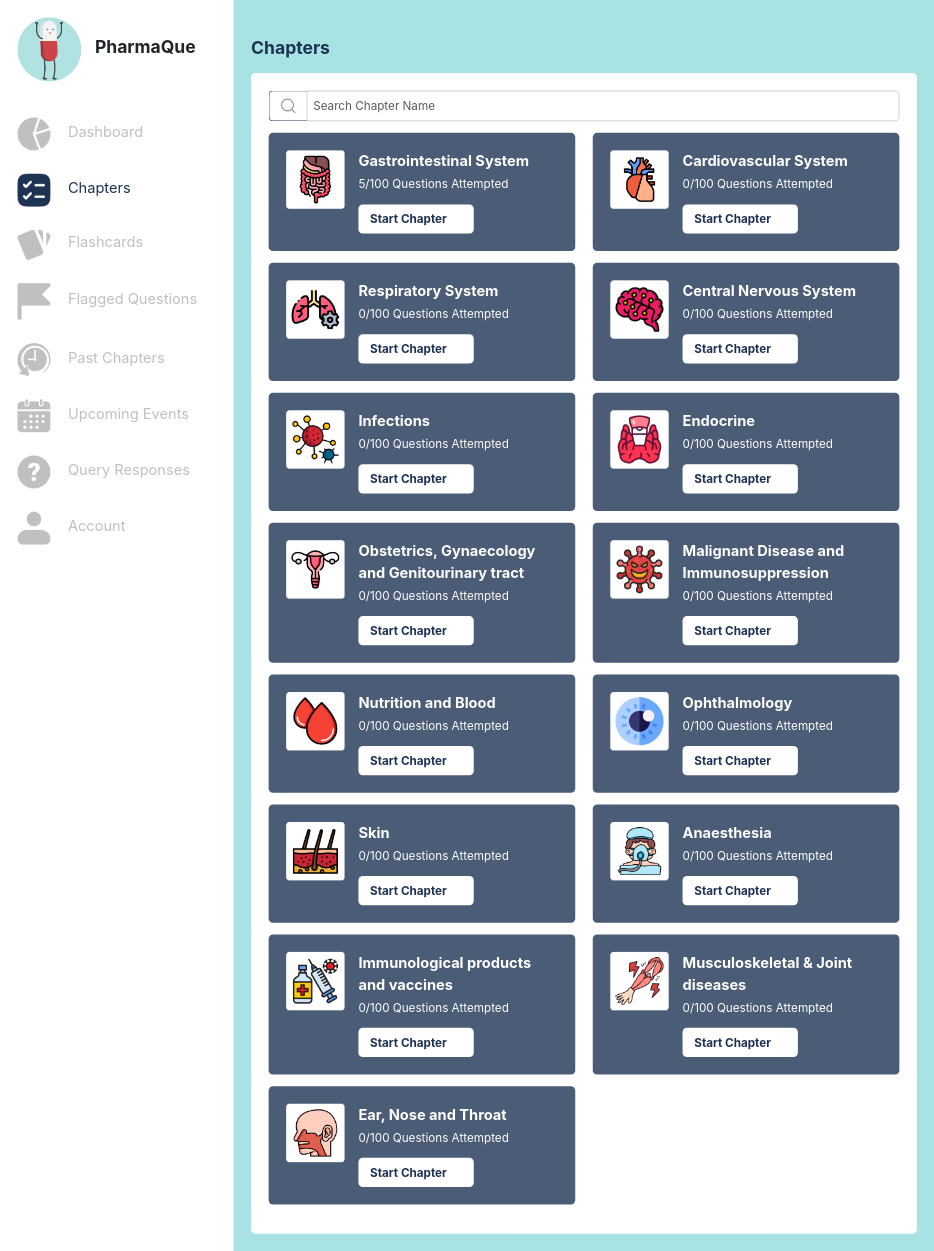
Repository: Kronium345/new_pharmaque_web_app
Page: /chapters
The author's editor kept a copy of each file at every save. The page is drawn from the files as they stood at one save, then again after the next save.
The browser window is 1280 px wide. The pictures show the whole page, at 73% of full size.
The page's requests for data from a server got no answer. The project was rebuilt for these pictures with package versions that can differ from the ones it lists, and the page was loaded fresh each time. No one was signed in, and anything a server would have sent is missing. Also part of the build but not shown: src/pages/Login.js, src/pages/MyAccount.js, src/pages/UpcomingEvents.js, src/pages/UpcomingEvents2.js, src/pages/Dashboard.js, src/pages/FlaggedQuestions.js, src/pages/FlashcardQuestion.js, src/pages/Flashcards.js and 34 more.

Above is the page before, as saved 2024-03-10 22:46:24.

### public/index.html
<!DOCTYPE html>
<html lang="en">
  <head>
    <meta charset="utf-8" />
    <link rel="icon" type="image/x-icon" href="images/favicon.ico">
    <link href="https://cdn.jsdelivr.net/npm/bootstrap@5.3.2/dist/css/bootstrap.min.css" rel="stylesheet" integrity="sha384-T3c6CoIi6uLrA9TneNEoa7RxnatzjcDSCmG1MXxSR1GAsXEV/Dwwykc2MPK8M2HN" crossorigin="anonymous">
    <link href="style.css" rel="stylesheet">
    <meta name="viewport" content="width=device-width, initial-scale=1" />
    <meta name="theme-color" content="#000000" />
    <meta
      name="description"
      content="Web site created using create-react-app"
    />
    <link rel="apple-touch-icon" href="%PUBLIC_URL%/logo192.png" />
    <!--
      manifest.json provides metadata used when your web app is installed on a
      user's mobile device or desktop. See https://developers.google.com/web/fundamentals/web-app-manifest/
    -->
    <link rel="manifest" href="%PUBLIC_URL%/manifest.json" />
    <!--
      Notice the use of %PUBLIC_URL% in the tags above.
      It will be replaced with the URL of the `public` folder during the build.
      Only files inside the `public` folder can be referenced from the HTML.

      Unlike "/favicon.ico" or "favicon.ico", "%PUBLIC_URL%/favicon.ico" will
      work correctly both with client-side routing and a non-root public URL.
      Learn how to configure a non-root public URL by running `npm run build`.
    -->
    <title>PharmaQue Web App</title>
  </head>
  <body>
    <noscript>You need to enable JavaScript to run this app.</noscript>
    <div id="root"></div>
    <!--
      This HTML file is a template.
      If you open it directly in the browser, you will see an empty page.

      You can add webfonts, meta tags, or analytics to this file.
      The build step will place the bundled scripts into the <body> tag.

      To begin the development, run `npm start` or `yarn start`.
      To create a production bundle, use `npm run build` or `yarn build`.
    -->

    <script src = "script.js"></script>
  </body>
</html>

### src/pages/Chapters.js
import axios from "axios";
import React, { useEffect } from "react";
import { useNavigate, Link } from "react-router-dom";

const Chapters = () => {
  const navigate = useNavigate("");

  axios.defaults.withCredentials = true;
  useEffect(() => {
    axios.get("http://localhost:7171/auth/verify").then((res) => {
      if (res.data.status) {
      } else {
        navigate("/myaccount");
      }
      console.log(res);
    });
  }, []);

  return (
    <main>
      <div class="container-fluid p-0">
        <div class="row g-0">
          <div class="col-sm-3 leftnavigation p-4">
            <Link class="navbar-brand" href="index.html">
              <img src="images/Logo.png" alt="PharmaQue Logo" class="logo1" />
              <span class="fs-4 fw-bold mx-3">PharmaQue</span>
            </Link>
            <Link to="/dashboard" class="removeunderline inactivelink">
              <p class="pt-5 pb-3 m-0">
                <img
                  src="images/DashboardGrey.png"
                  class="navigationicon"
                  alt="navigation"
                />
                <span class="fs-5 navigationoption mx-4">Dashboard</span>
              </p>
            </Link>
            <Link to="/chapters" class="removeunderline activelink">
              <p class="py-3 m-0">
                <img
                  src="images/ChaptersColour.png"
                  class="navigationicon"
                  alt="navigation"
                />
                <span class="fs-5 navigationoption mx-4">Chapters</span>
              </p>
            </Link>
            <Link to="/flashcards" class="removeunderline inactivelink">
              <p class="py-3 m-0">
                <img
                  src="images/FlashcardsGrey.png"
                  class="navigationicon"
                  alt="navigation"
                />
                <span class="fs-5 navigationoption mx-4">Flashcards</span>
              </p>
            </Link>
            <Link to="/flaggedquestions" class="removeunderline inactivelink">
              <p class="py-3 m-0">
                <img
                  src="images/FlaggedQuestionsGrey.png"
                  class="navigationicon"
                  alt="navigation"
                />
                <span class="fs-5 navigationoption mx-4">
                  Flagged Questions
                </span>
              </p>
            </Link>
            <Link to="/pastchapters" class="removeunderline inactivelink">
              <p class="py-3 m-0">
                <img
                  src="images/PastChaptersGrey.png"
                  class="navigationicon"
                  alt="navigation"
                />
                <span class="fs-5 navigationoption mx-4">Past Chapters</span>
              </p>
            </Link>
            <Link to="/upcomingevents" class="removeunderline inactivelink">
              <p class="py-3 m-0">
                <img
                  src="images/UpcomingEventsGrey.png"
                  class="navigationicon"
                  alt="navigation"
                />
                <span class="fs-5 navigationoption mx-4">Upcoming Events</span>
              </p>
            </Link>
            <Link to="/queryresponses" class="removeunderline inactivelink">
              <p class="py-3 m-0">
                <img
                  src="images/QueryResponsesGrey.png"
                  class="navigationicon"
                  alt="navigation"
                />
                <span class="fs-5 navigationoption mx-4">Query Responses</span>
              </p>
            </Link>
            <Link to="/myaccount" class="removeunderline inactivelink">
              <p class="py-3 m-0">
                <img
                  src="images/AccountGrey.png"
                  class="navigationicon"
                  alt="navigation"
                />
                <span class="fs-5 navigationoption mx-4">Account</span>
              </p>
            </Link>
          </div>
          <div class="col-sm-9 p-4 maincontent">
            <p class="fs-4 mt-4 fw-bold navybluetext">Chapters</p>
            <div class="row">
              <div class="col-sm-12">
                <div class="card p-4">
                  <form class="d-flex mb-3" role="search">
                    <div class="input-group">
                      <span class="input-group-text">
                        <img
                          src="images/SearchIcon.png"
                          class="smallericon mx-1"
                          alt="navigation"
                        />
                      </span>
                      <input
                        class="form-control px-2 py-2"
                        type="search"
                        placeholder="Search Chapter Name"
                        aria-label="Search"
                      />
                    </div>
                  </form>

                  {CHAPTERS.map((chapter, index) => (
                    <div class="row" key={index}>
                      {chapter.map((chapter, index) => (
                        <div class="col-sm-6 mb-3" key={index}>
                          <div class="card p-4 mediumbluebg">
                            <div class="row">
                              <div class="col-sm-3">
                                <img
                                  src={chapter.image}
                                  class="icon"
                                  alt="icon"
                                />
                              </div>
                              <div class="col-sm-9">
                                <p class="fs-5 fw-bold whitetext mb-1">
                                  {chapter.name}
                                </p>
                                <p class="fs-6 whitetext mb-3">
                                  {chapter.questionsAttempted}
                                </p>

                                <Link
                                  to={chapter.link}
                                  class="removeunderline boldtext navybluetext fw-bold"
                                >
                                  <div class="px-3 py-2 whitebg pseudobutton">
                                    Start Chapter
                                  </div>
                                </Link>
                              </div>
                            </div>
                          </div>
                        </div>
                      ))}
                    </div>
                  ))}
                </div>
              </div>
            </div>
          </div>
        </div>
      </div>

      <script
        src="https://cdn.jsdelivr.net/npm/bootstrap@5.3.2/dist/js/bootstrap.bundle.min.js"
        integrity="sha384-C6RzsynM9kWDrMNeT87bh95OGNyZPhcTNXj1NW7RuBCsyN/o0jlpcV8Qyq46cDfL"
        crossorigin="anonymous"
      ></script>
      <script src="script.js"></script>
    </main>
  );
};

export default Chapters;

const CHAPTERS = [
  [
    {
      name: "Gastrointestinal System",
      image: "images/GastroIcon.png",
      questionsAttempted: "5/100 Questions Attempted",
      link: "",
    },
    {
      name: "Cardiovascular System",
      image: "images/CardioIcon.png",
      questionsAttempted: "0/100 Questions Attempted",
      link: "/cardioquestion",
    },
  ],
  [
    {
      name: "Respiratory System",
      image: "images/RespiratoryIcon.png",
      questionsAttempted: "0/100 Questions Attempted",
      link: "/respiratoryquestion",
    },
    {
      name: "Central Nervous System",
      image: "images/CNSIcon.png",
      questionsAttempted: "0/100 Questions Attempted",
      link: "/cnsquestion",
    },
  ],
  [
    {
      name: "Infections",
      image: "images/InfectionsIcon.png",
      questionsAttempted: "0/100 Questions Attempted",
      link: "/infectionquestion",
    },
    {
      name: "Endocrine",
      image: "images/EndocrineIcon.png",
      questionsAttempted: "0/100 Questions Attempted",
      link: "/endocrinequestion",
    },
  ],
  [
    {
      name: "Obstetrics, Gynaecology and Genitourinary tract",
      image: "images/GynaecologyIcon.png",
      questionsAttempted: "0/100 Questions Attempted",
      link: "/oguquestion",
    },
    {
      name: "Malignant Disease and Immunosuppression",
      image: "images/MalignantIcon.png",
      questionsAttempted: "0/100 Questions Attempted",
      link: "/mdiquestion",
    },
  ],
  [
    {
      name: "Nutrition and Blood",
      image: "images/BloodIcon.png",
      questionsAttempted: "0/100 Questions Attempted",
      link: "/nbquestion",
    },
    {
      name: "Ophthalmology",
      image: "images/EyeIcon.png",
      questionsAttempted: "0/100 Questions Attempted",
      link: "/ophthalmologyquestion",
    },
  ],
  [
    {
      name: "Skin",
      image: "images/SkinIcon.png",
      questionsAttempted: "0/100 Questions Attempted",
      link: "/skinquestion",
    },
    {
      name: "Anaesthesia",
      image: "images/AnaesthesiaIcon.png",
      questionsAttempted: "0/100 Questions Attempted",
      link: "/anaesthesiaquestion",
    },
  ],
  [
    {
      name: "Immunological products and vaccines",
      image: "images/ImmunoIcon.png",
      questionsAttempted: "0/100 Questions Attempted",
      link: "/ipvquestion",
    },

    {
      name: "Musculoskeletal & Joint diseases",
      image: "images/MusculoIcon.png",
      questionsAttempted: "0/100 Questions Attempted",
      link: "/mskquestion",
    },
  ],
  [
    {
      name: "Ear, Nose and Throat",
      image: "images/ENTIcon.png",
      questionsAttempted: "0/100 Questions Attempted",
      link: "",
    },
  ],
];

### src/quiz-styles/reset.css
.mainbg {
    background-image: url("./Blob.png");
    background-repeat: no-repeat;
    background-position: right;
    background-size: contain;
    background-color: #E9FFF9;
    min-height: 100vh;
}

.logo {

    max-width: 100px;
}

.smallicon {
    max-width: 25px;
    max-height: auto;
}

.smallericon {
    max-width: 20px;
    max-height: auto;
}

.tinyicon {
    max-width: 10px;
    max-height: auto;
}

.leftside {
    background-color: white;
    border-top-left-radius: 2%;
    border-bottom-left-radius: 2%;
}

.rightside {
    background-color: #9ED8D8;
    border-top-right-radius: 2%;
    border-bottom-right-radius: 2%;
}

.leftalign {
    text-align: left;
}

.form-label {
    font-size: 1.1rem;
}


.floatright {
    float: right;
}

.link {
    text-decoration: none;
    color: #212529;
}

.link:hover {
    font-weight: bold;
    text-decoration: underline;
}

.btn-primary {
    background-color: #1D3354;
    padding-top: 1%;
    padding-bottom: 2%;
    padding-left: 8%;
    padding-right: 8%;
}

.back {
    padding-left: 0%;
}

.btn-primary:hover {
    background-color: #212529;

}

### public/style.css
body {
  font: Helvetica;
}

.center {
  text-align: center;
}


.logo {

  max-width: 100px;
}

.logo1 {
  max-width: 90px;
}

.icon {
  max-width: 80px;
}

.midsizeicon {
  max-width: 70px;
}

.littlemidsizeicon {
  max-width: 60px;
}

.mediumicon {
  max-width: 40px;
}

.moderateicon {
  max-width: 30px;
}

.inline {
  display: inline !important;
}

.mainbg {
  background-image: url(images/Blob.png);
  background-repeat: no-repeat;
  background-position: right;
  background-size: contain;
  background-color: #E9FFF9;
}

.smallicon {
  max-width: 25px;
  max-height: auto;
}

.smallericon {
  max-width: 20px;
  max-height: auto;
}

.tinyicon {
  max-width: 10px;
  max-height: auto;
}

.leftside {
  background-color: white;
  border-top-left-radius: 2%;
  border-bottom-left-radius: 2%;
}

.rightside {
  background-color: #9ED8D8;
  border-top-right-radius: 2%;
  border-bottom-right-radius: 2%;
}

.leftalign {
  text-align: left;
}

.form-label {
  font-size: 1.1rem;
}


.floatright {
  float: right;
}

.link {
  text-decoration: none;
  color: #212529;
}

.link:hover {
  font-weight: bold;
  text-decoration: underline;
}

.btn-primary {
  background-color: #1D3354;
  padding-top: 1%;
  padding-bottom: 2%;
  padding-left: 8%;
  padding-right: 8%;
}

.back {
  padding-left: 0%;
}

.btn-primary:hover {
  background-color: #212529;

}

@media only screen and (max-width: 576px) {

  .leftside {
    background-color: white;
    border-top-left-radius: 2%;
    border-top-right-radius: 2%;

    border-bottom-left-radius: 0%;
    border-bottom-right-radius: 0%;

  }

  .rightside {
    background-color: #9ED8D8;
    border-bottom-left-radius: 2%;
    border-bottom-right-radius: 2%;

    border-top-left-radius: 0%;
    border-top-right-radius: 0%;
  }

  .back {
    padding-left: 0%;
    float: left !important;
    margin-top: 0% !important;
  }

}

.leftnavigation {
  background-color: #FFFFFF;
  min-height: 100vh;
}

.maincontent {
  background-color: #A9E2E2;
  min-height: 100vh;
}

.navigationicon {
  max-width: 45px;
  display: inline;
}

.navigationoption {
  display: inline;

}

.removeunderline {
  text-decoration: none;
}

.removeunderline:hover {
  text-decoration: underline;
}

.activelink {
  color: #1D3354;
}

.activelink:hover {
  color: #1D3354;
  font-weight: bold;
}

.inactivelink {
  color: #BFC0C0;
}

.inactivelink:hover {
  color: #BFC0C0;
  font-weight: bold;
}

.navybluetext {
  color: #1D3354;
}

.greytext {
  color: #475467;
}

.card {
  border: 0px;
}

.circular-progress {

  --size: 240px;
  --half-size: calc(var(--size) / 2);
  --stroke-width: 30px;
  --radius: calc((var(--size) - var(--stroke-width)) / 2);
  --circumference: calc(var(--radius) * pi * 2);
  --dash: calc((var(--progress) * var(--circumference)) / 100);
  animation: progress-animation 1s linear 0s 1 forwards;
}

.circular-progress circle {
  cx: var(--half-size);
  cy: var(--half-size);
  r: var(--radius);
  stroke-width: var(--stroke-width);
  fill: none;
  stroke-linecap: round;
}

.circular-progress circle.bg {
  stroke: #ddd;
}

.circular-progress circle.fg {
  transform: rotate(-90deg);
  transform-origin: var(--half-size) var(--half-size);
  stroke-dasharray: var(--dash) calc(var(--circumference) - var(--dash));
  transition: stroke-dasharray 0.3s linear 0s;
  stroke: #1D3354;
}

@property --progress {
  syntax: "<number>";
  inherits: false;
  initial-value: 0;
}

@keyframes progress-animation {
  from {
    --progress: 0;
  }

  to {
    --progress: 25;
  }
}

.borderbottom {
  border-bottom: 1px solid #BFC0C0;
}

.bordertop {
  border-top: 1px solid #BFC0C0;
}

.halveopacity {
  opacity: 50%;
}

.navybluebg {
  background-color: #1D3354;
}

.whitetext {
  color: #FFFFFF;
}

.borderradius {
  border-radius: 10px;
}

.form-control {
  border-right: solid 1px #1D3354;
  border-top: solid 1px #1D3354;
  border-bottom: solid 1px #1D3354;
  border-left: 0px;
}

.input-group-text {
  background-color: #FFFFFF;
  border-left: solid 1px #1D3354;
  border-top: solid 1px #1D3354;
  border-bottom: solid 1px #1D3354;
  border-right: 0px;
}

.mediumbluebg {
  background-color: #4A5C76;
}

.whitebg {
  background-color: #FFFFFF;
}

.pseudobutton {
  border-radius: 6px;
  max-width: 158px;
}

.redtext {
  color: #E0243C;
}

.mediumbluetext {
  color: #467599;
}

.btn-secondary {
  width: 50%;
  border: 1px solid #BFC0C0;
  border-radius: 10px;
  background-color: #FFFFFF;
  text-align: left;
  color: #1D3354;
}

.btn-secondary:hover {
  width: 50%;
  border: 1px solid #999A9A;
  border-radius: 10px;
  background-color: #DDDDDD;
  text-align: left;
  color: #1D3354;
}

.btn-deactivated {
  background-color: #BFC0C0;
  color: #FFFFFF;
}


.btn-deactivated:hover {
  background-color: #999A9A;
  color: #FFFFFF;
}

.fitcontent {
  width: fit-content;
}

.form-control {
  border: solid 1px #BFC0C0;
}

.aligntop {
  vertical-align: top;
}

.buttonstyle {
  background-color: transparent;
  border: none;
  padding: 0px;
  margin: 0px;
}

.navybluebg {
  background-color: #1D3354;
}

.frontcardbg {
  background-color: #D9D9D9;
  border-radius: 10px;

}

.flipbutton {
  background-color: transparent;
  border: none;
}

.backcardbg {
  background-color: #1D3354;
  border-radius: 10px;
  transform: rotateY(180deg);
  position: absolute;
  width: 100%;
}

.maincard {
  transform-style: preserve-3d;
  transform-origin: center right;
  transition: all 0.5s;
}

.bothcards {
  backface-visibility: hidden;
}

.flipped {
  transform: translateX(-100%) rotateY(-180deg);
}

.hide {
  display: none;
}

.rotate {
  transform: rotate(180deg);
}

.lightgrey {
  background-color: #D2D6DD;
  border-radius: 8px;

}

.addeventbutton {
  background-color: transparent;
  border: none;
}

.floatleft {
  float: left;
}

.btn-tertiary {
  background-color: #4A5C76;
  color: #FFFFFF;
  border-radius: 10px;
  width: 25%;
  border: 0px;
}

.btn-tertiary:hover {
  background-color: #313d4e;
  color: #FFFFFF;
}

.mediumnavytext {
  color: #4A5C76;
}

.btn-outline-secondary {
  background-color: #4A5C76;
  color: #FFFFFF;
  border-radius: 0px 10px 10px 0px;
}

.btn-outline-secondary:hover {
  background-color: #313d4e;
  color: #FFFFFF;
}

.form-select {
  border: 1px solid #BFC0C0;
}

.progress {
  background-color: #FFFFFF;
}

.progress-bar {
  background-color: #1D3354;
}

.form-check {
  background-color: #FFFFFF;
  border: solid 1.5px #BFC0C0;
  border-radius: 10px;
}


.form-check-input {
  float: right !important;
  border: 1.5px solid #1D3354;

}

.form-check-input:checked {
  background-color: #1D3354;
  border-color: #1D3354;
}


input[type="radio"]:checked+label {
  border: 4px solid #1D3354;
  border-radius: 50%;
}

.pointercursor {
  cursor: pointer;
}

.verticalcenter {
  display: flex;
  align-items: center;
}

.halfopacity {
  opacity: 50%;
}

.fullborder {
  border: 1px solid #BFC0C0;
  border-radius: 10px;
}

.checkboxsize {
  width: 16px;
  height: 16px;
  accent-color: #1D3354;
}

.flip-card {
  background-color: transparent;
  width: 100%;
  height: 100%;
  border-radius: 10px;
  z-index: 10000;
}

.flip-card-inner {
  position: relative;
  width: 100%;
  min-height: 200px;
  text-align: center;
  transition: transform 0.6s;
  transform-style: preserve-3d;
}

.flip-card-front,
.flip-card-back {
  position: absolute;
  width: 100%;
  -webkit-backface-visibility: hidden;
  backface-visibility: hidden;
}

.flip-card-front {
  background-color: #bbb;
  border-radius: 10px;
  color: black;
}

.flip-card-back {
  background-color: #2980b9;
  color: white;
  transform: rotateY(180deg);
}

### public/script.js
const tile = document.querySelector(".maincard");

tile.addEventListener("click", function () {
  tile.classList.toggle("flipped");
});

function toggleQuestion() {
  var element = document.querySelector(".questionholder");
  element.classList.toggle("hide");

  var x = document.querySelector(".questionshowingtext");
  if (x.innerHTML === "Show Question") {
    x.innerHTML = "Hide Question";
  } else {
    x.innerHTML = "Show Question";
  }

  var y = document.querySelector(".showquestionicon");
  y.classList.toggle("rotate");
}

Loaded but not shown: src/index.js (common file); src/index.css (common file); src/reportWebVitals.js (common file); src/App.js (94 lines, source omitted)

After the next save:
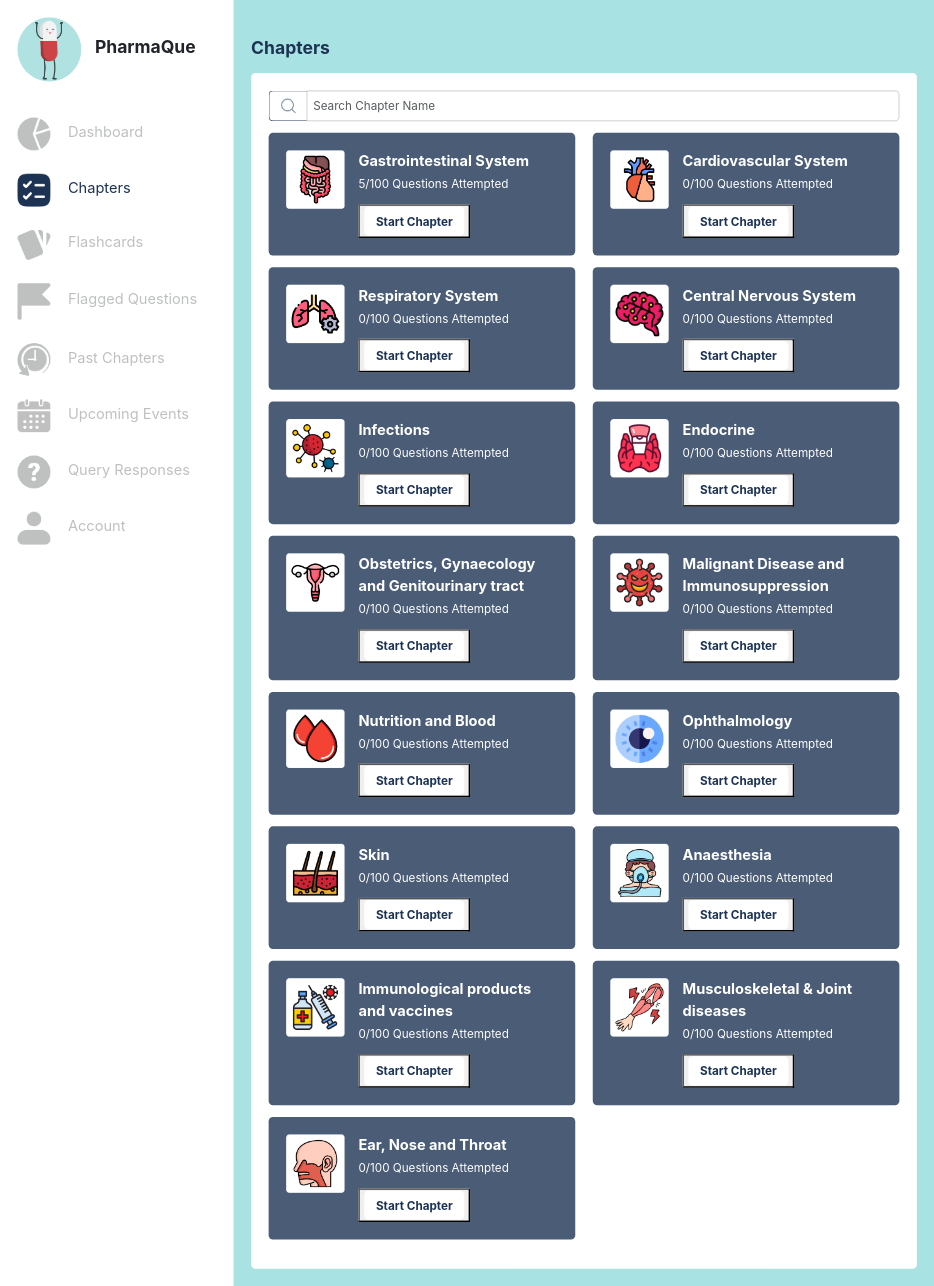
Saved 45 s later.
--- a/src/pages/Chapters.js
+++ b/src/pages/Chapters.js
@@ -15,6 +15,8 @@ const Chapters = () => {
       console.log(res);
     });
   }, []);
+
+  const handleStart = (e) => {};
 
   return (
     <main>
@@ -152,14 +154,14 @@ const Chapters = () => {
                                   {chapter.questionsAttempted}
                                 </p>
 
-                                <Link
+                                <button
                                   to={chapter.link}
                                   class="removeunderline boldtext navybluetext fw-bold"
                                 >
                                   <div class="px-3 py-2 whitebg pseudobutton">
                                     Start Chapter
                                   </div>
-                                </Link>
+                                </button>
                               </div>
                             </div>
                           </div>
